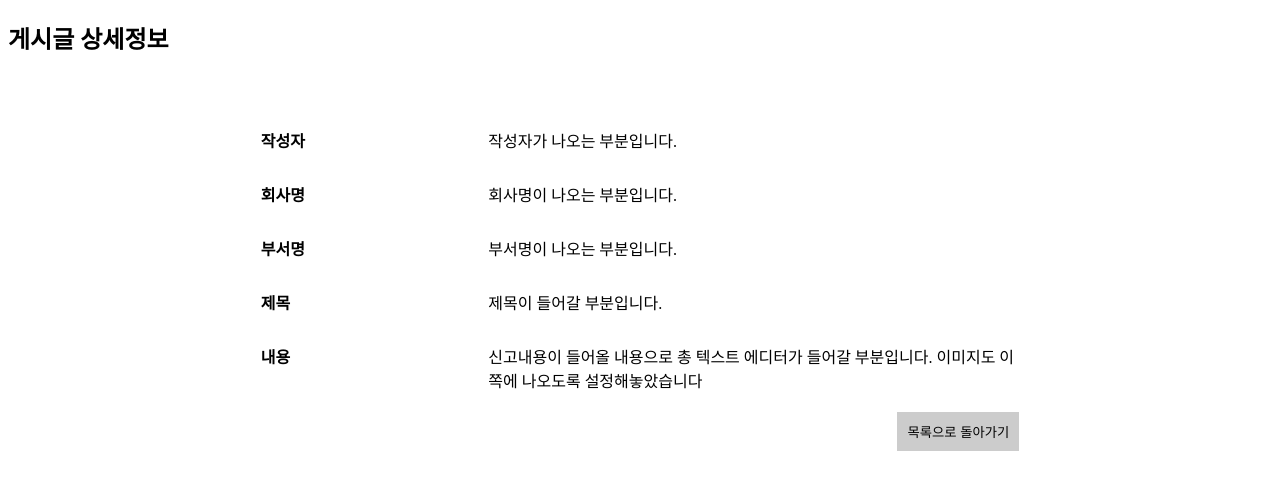
Repository: thdtjdgml415/exVoc
Page: /postView/1
An editor plug-in stored every save of this project. The page is shown before and after the next save, followed by the edit.
The browser window is 1280 px wide. The pictures show the whole page.
The project was rebuilt for these pictures with package versions that can differ from the ones it lists, and the page was loaded fresh each time. Also part of the build but not shown: src/components/table/CommonTable.css, src/components/table/CommonTable.js, src/components/table/CommonTableColumn.js, src/components/table/CommonTableRow.js, src/components/table/CommonTableWriteBtn.js, src/Page/PostList.js, src/Page/PostMain.js, src/Page/registration.css and 7 more.

Above is the page before, as saved 2023-01-13 16:10:49.

After the next save:
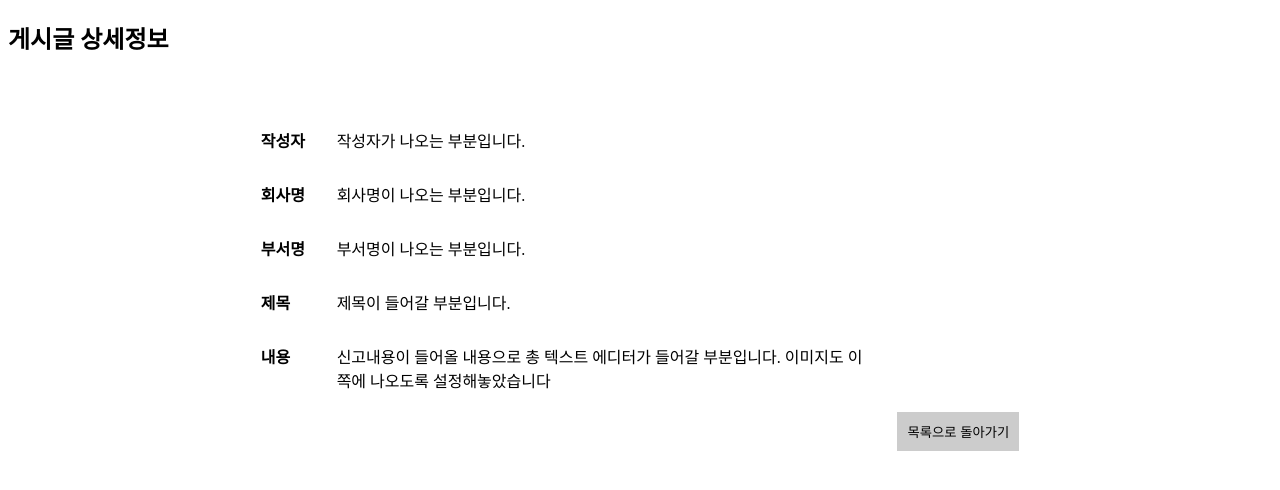
Saved 1 s later.
--- a/src/Page/Post.css
+++ b/src/Page/Post.css
@@ -25,7 +25,7 @@
 
   .post-view-row > label:first-child {
     margin: 10px 0;
-    width: 30%;
+    width: 10%;
     font-weight: bold;
   }
 
